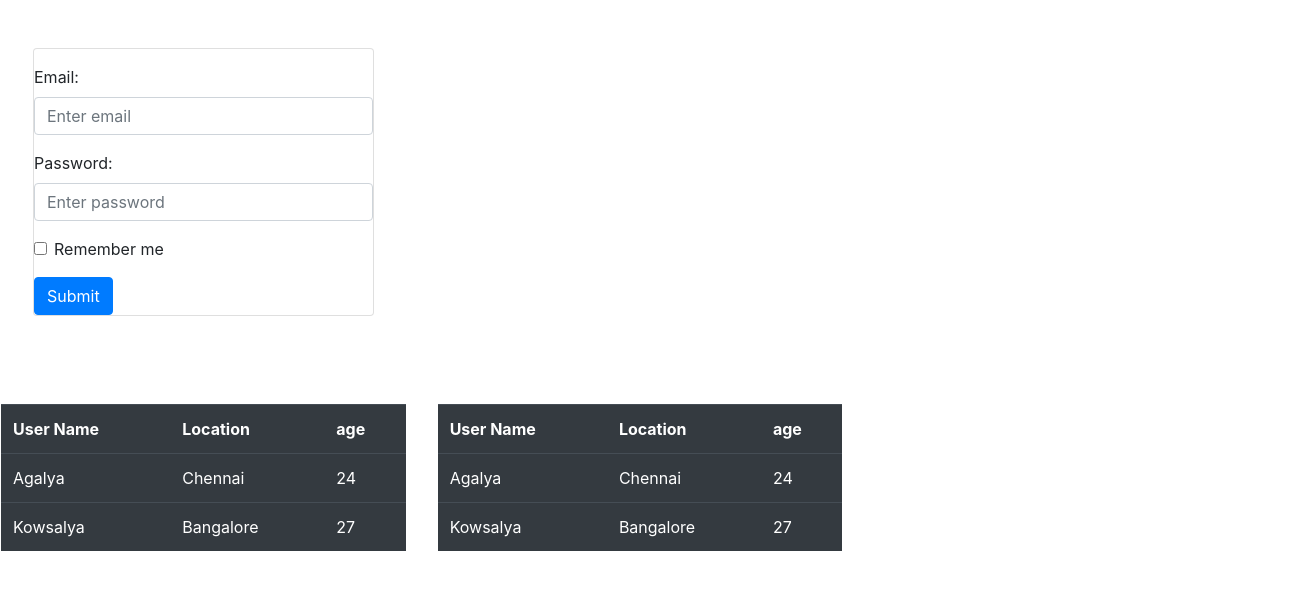
Repository: rajeshkannane/java1
Page: Form/public/index.html
The author's editor kept a copy of each file at every save. The page is drawn from the files as they stood at one save, then again after the next save.
The browser window is 1280 px wide. The page is 1295 px wide, so the pictures cover 1295 px, including what lies to the right of the window. The pictures show the whole page.

Above is the page before, as saved 2022-11-14 17:18:08.

### Form/public/index.html
<!DOCTYPE html>
<html>
<head>
            <meta charset="UTF-8">
            <title>Form Demo</title>
            <link rel="stylesheet" href="https://stackpath.bootstrapcdn.com/bootstrap/4.3.1/css/bootstrap.min.css" integrity="sha384-ggOyR0iXCbMQv3Xipma34MD+dH/1fQ784/j6cY/iJTQUOhcWr7x9JvoRxT2MZw1T" crossorigin="anonymous">
        </head>


<body>
<div class="row" >
<div class="col-sm-4 p-5" style="border-width:10" style="background-color: blue">
<div class="card">
<form action="/nextPages.html">
  <div class="mb-3 mt-3">
    <label for="email" class="form-label">Email:</label>
    <input type="email" class="form-control" id="email" placeholder="Enter email" name="email">
  </div>
  <div class="mb-3">
    <label for="pwd" class="form-label">Password:</label>
    <input type="password" class="form-control" id="pwd" placeholder="Enter password" name="pswd">
  </div>
  <div class="form-check mb-3">
    <label class="form-check-label">
      <input class="form-check-input" type="checkbox" name="remember"> Remember me
    </label>
  </div>
  <button type="submit" class="btn btn-primary">Submit</button>
</form>
</div>
</div>
</div>

<br>
<div class="row">
<div class="col-sm-4 p-3" >
<table class="table table-dark" style="text-align:1%">
  <tr>
    <th>User Name</th>
    <th>Location</th>
    <th>age</th>
  </tr>
  <tr>
    <td>Agalya</td>
    <td>Chennai</td>
    <td>24</td>
  </tr>
  <tr>
    <td>Kowsalya</td>
    <td>Bangalore</td>
    <td>27</td>
  </tr>
    </table>
    </div>
    <div class="col-sm-4 p-3" >
<table class="table table-dark" style="text-align:1%">
  <tr>
    <th>User Name</th>
    <th>Location</th>
    <th>age</th>
  </tr>
  <tr>
    <td>Agalya</td>
    <td>Chennai</td>
    <td>24</td>
  </tr>
  <tr>
    <td>Kowsalya</td>
    <td>Bangalore</td>
    <td>27</td>
  </tr>
    </table>
    </div>
    </div>
</body>
</html>

After the next save:
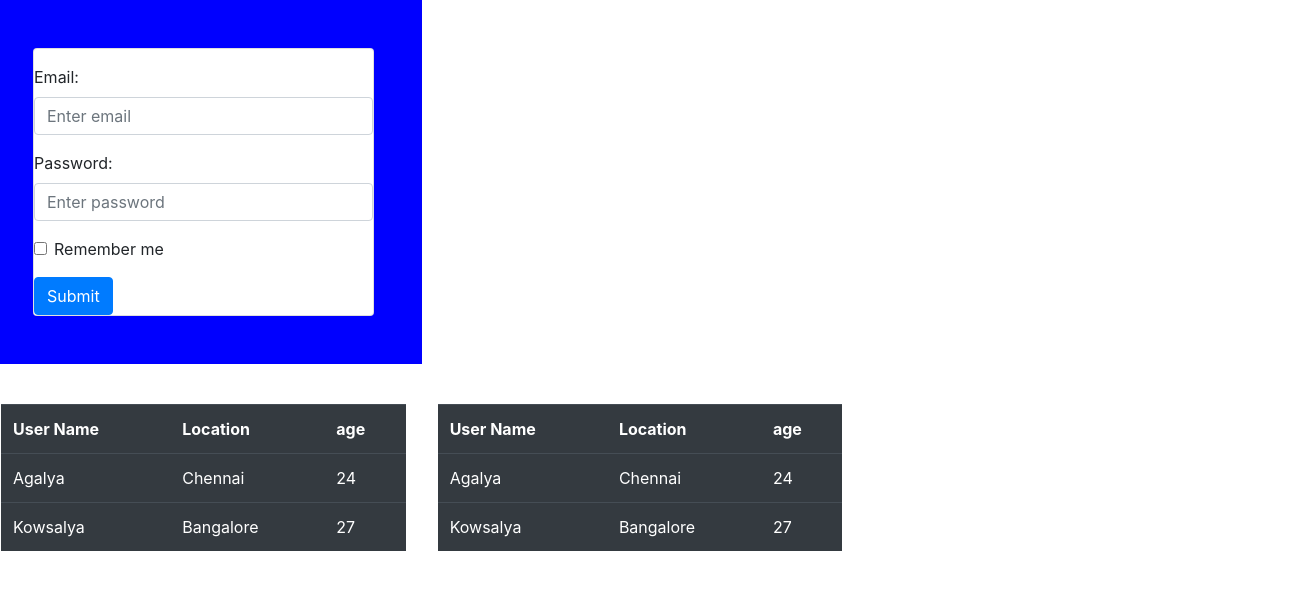
Saved 25 s later.
--- a/Form/public/index.html
+++ b/Form/public/index.html
@@ -9,7 +9,7 @@
 
 <body>
 <div class="row" >
-<div class="col-sm-4 p-5" style="border-width:10" style="background-color: blue">
+<div class="col-sm-4 p-5" style="border-width:10; background-color: blue" >
 <div class="card">
 <form action="/nextPages.html">
   <div class="mb-3 mt-3">
